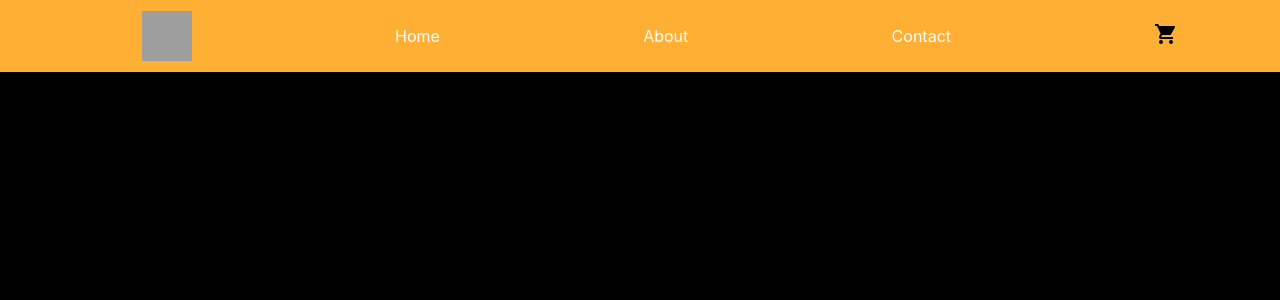
Repository: Toydrum/React-Hector-Coronado-EntregaFinal
Page: /
These files come from the project's save history. The page is drawn as it stood at one moment and after the next save; the edit follows.
The browser window is 1280 px wide. The pictures show the whole page.
Pictures or frames that could not be fetched are drawn as grey boxes. The page's requests for data from a server got no answer. The project was rebuilt for these pictures with package versions that can differ from the ones it lists, and the page was loaded fresh each time. No one was signed in, and anything a server would have sent is missing. Also part of the build but not shown: vite.config.js, src/components/CardUser/CardUser.jsx, src/pages/ContactPage/ContactPage.jsx, src/pages/AboutPage/AboutPage.jsx, src/pages/DetailPage/DetailPage.jsx.

Above is the page before, as saved 2023-07-15 16:00:37.

### src/App.jsx
import React from "react";
import "./App.css";
import { BrowserRouter as Router, Routes, Route } from "react-router-dom";
//Components
import NavBar from "./components/Navbar/Navbar";
import CartWidged from "./components/CartWidget/CartWidget";
import MenuColor from "./components/MenuColor/MenuColor";
//import CardUser from "./components/CardUser/CardUser";

//Pages
import HomePage from "./pages/HomePage/HomePage";
import ContactPage from "./pages/ContactPage/ContactPage";
import AboutPage from "./pages/AboutPage/AboutPage";
import DetailPage from "./pages/DetailPage/DetailPage";

const App = () => {
  return (
    <Router>
      <div className="App">
        <NavBar />
        <Routes>
          <Route path="/" element={<HomePage />}></Route>
          <Route path="/About" element={<AboutPage />}></Route>
          <Route path="/Contact" element={<ContactPage />}></Route>
          <Route path="/detail/:id" element={<DetailPage />}></Route>
          <Route path="/cart" element={<CartWidged />}></Route>
        </Routes>
        <div className="Cards-Container"></div>
      </div>
    </Router>
  );
};

export default App;

### src/App.css
body{
  background-color: black;
}

.App {
  display: flex;
  flex-direction: column;
  justify-content: center;
}

.Cards-Container{
  display: flex;
  width: 100%;
  justify-content: center;
}

### src/components/Navbar/Navbar.jsx
import React from "react";
import "./Navbar.css";
import logo from "./cat-logo.svg";
import { Link } from "react-router-dom";
import CartWidget from "../CartWidget/CartWidget";

const NavBar = () => {
  return (
    <nav className="nav-container">
      <ul className="nav-ul">
        <img src={logo} alt="gatito" style={{ height: 50, width: 50 }} />
        <li className="li">
          <Link to="/" className="li">
            Home
          </Link>
        </li>
        <li className="li">
          <Link to="/about" className="li">
            About
          </Link>
        </li>
        <li className="li">
          <Link to="/contact" className="li">
            Contact
          </Link>
        </li>
        <li className="li">
          <Link to="/cart" className="li"></Link>
          <CartWidget />
        </li>
      </ul>
    </nav>
  );
};

export default NavBar;

### src/components/CartWidget/CartWidget.jsx
import React from "react";
import ShoppingCartIcon from "@mui/icons-material/ShoppingCart";
const CartWidget = () => {
  return (
    <div>
      <a href="https://www.google.com.mx/?hl=es" style={{ color: "black" }}>
        <ShoppingCartIcon />
      </a>
    </div>
  );
};

export default CartWidget;

### src/pages/HomePage/HomePage.jsx
import React from "react";
import CardList from "../../components/CardList/CardList";

const HomePage = () => {
  return (
    <div>
      <h1 style={{ display: "flex", justifyContent: "center" }}>HomePage</h1>
      <CardList />
    </div>
  );
};

export default HomePage;

### src/components/Navbar/Navbar.css
.nav-container {
  background-color: #FFAF33;
  height: 10vh;
  display: flex;
  width: 100%;
  justify-content: space-around;
  align-items: center;
}

.nav-ul {
  display: flex;
  width: 100%;
  justify-content: space-around;
  align-items: center;
}

.li {
  color: white;
  list-style-type: none;
  text-decoration: none;
}

### src/components/CardList/CardList.jsx
import React, { useState, useEffect } from "react";
import CardUser from "../CardUser/CardUser";
import "./CardList.css";
//import { Link } from "react-router-dom";
import { db } from "../../firebase/firebaseConfig";
import { collection, query, getDocs } from "firebase/firestore";

const CardList = () => {
  const [gato, setGato] = useState([]);
  useEffect(() => {
    const getGatito = async () => {
      const q = query(collection(db, "gatitos"));
      const docs = [];
      const querySnapshot = await getDocs(q);
      querySnapshot.forEach((doc) => {
        docs.push({ ...doc.data(), id: doc.id });
      });

      setGato(docs);
    };
    getGatito();
  }, []);
  console.log(gato);

  return (
    <div className="Cards-List">
      {gato.map((gato) => {
        return (
          <div key={gato.id}>
            <CardUser data={gato} />
          </div>
        );
      })}
    </div>
  );
};

export default CardList;

### src/components/CardList/CardList.css
.Cards-List{
  display: grid;
  justify-content: space-around;
  align-content: space-around;
  align-items: center;
  grid-template-columns: 1fr 1fr 1fr 1fr;
}

### src/firebase/firebaseConfig.js
// Import the functions you need from the SDKs you need
import { initializeApp } from "firebase/app";
//import { getAnalytics } from "firebase/analytics";
// TODO: Add SDKs for Firebase products that you want to use
// https://firebase.google.com/docs/web/setup#available-libraries
import { getFirestore } from "firebase/firestore";
// Your web app's Firebase configuration
// For Firebase JS SDK v7.20.0 and later, measurementId is optional
const firebaseConfig = {
  apiKey: "AIzaSyCLSk1f1K6dPfkavJgb9mdon9PDEPSR80U",
  authDomain: "gatitos-7f5b2.firebaseapp.com",
  projectId: "gatitos-7f5b2",
  storageBucket: "gatitos-7f5b2.appspot.com",
  messagingSenderId: "577315722745",
  appId: "1:577315722745:web:28034b8baa1dc0c2115928",
  measurementId: "G-DZQ36RVP49",
};

// Initialize Firebase
const app = initializeApp(firebaseConfig);
//const analytics = getAnalytics(app);
export const db = getFirestore(app);

### src/components/MenuColor/MenuColor.jsx
import * as React from "react";
import Button from "@mui/material/Button";
import Menu from "@mui/material/Menu";
import MenuItem from "@mui/material/MenuItem";

const MenuColor = () => {
  const [anchorEl, setAnchorEl] = React.useState(null);
  const open = Boolean(anchorEl);
  const handleClick = (event) => {
    setAnchorEl(event.currentTarget);
  };
  const handleClose = () => {
    setAnchorEl(null);
  };

  return (
    <div>
      <Button
        id="demo-positioned-button"
        aria-controls={open ? "demo-positioned-menu" : undefined}
        aria-haspopup="true"
        aria-expanded={open ? "true" : undefined}
        onClick={handleClick}
      >
        Dashboard
      </Button>
      <Menu
        id="demo-positioned-menu"
        aria-labelledby="demo-positioned-button"
        anchorEl={anchorEl}
        open={open}
        onClose={handleClose}
        anchorOrigin={{
          vertical: "top",
          horizontal: "left",
        }}
        transformOrigin={{
          vertical: "top",
          horizontal: "left",
        }}
      >
        <MenuItem onClick={handleClose}>Profile</MenuItem>
        <MenuItem onClick={handleClose}>My account</MenuItem>
        <MenuItem onClick={handleClose}>Logout</MenuItem>
      </Menu>
    </div>
  );
};

export default MenuColor;

Loaded but not shown: index.html (common file); src/main.jsx (common file); src/index.css (common file)

After the next save:
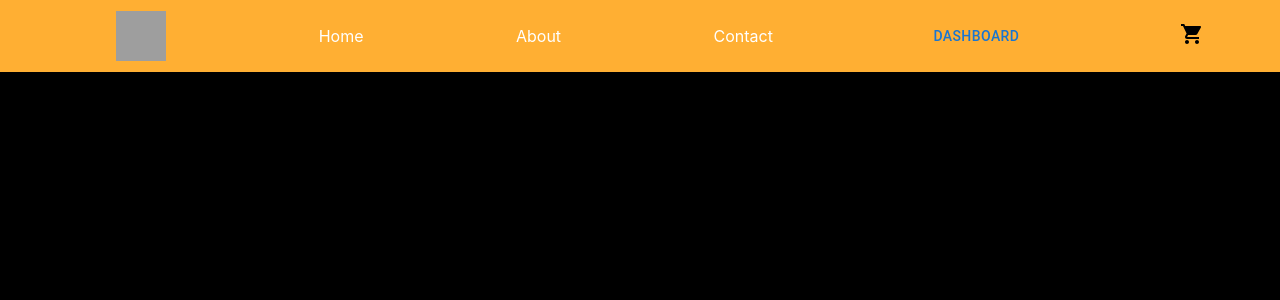
Saved 1 s later.
--- a/src/components/Navbar/Navbar.jsx
+++ b/src/components/Navbar/Navbar.jsx
@@ -3,6 +3,7 @@ import "./Navbar.css";
 import logo from "./cat-logo.svg";
 import { Link } from "react-router-dom";
 import CartWidget from "../CartWidget/CartWidget";
+import MenuColor from "../MenuColor/MenuColor";
 
 const NavBar = () => {
   return (
@@ -25,6 +26,10 @@ const NavBar = () => {
           </Link>
         </li>
         <li className="li">
+          <Link to="/detail" className="li"></Link>
+          <MenuColor />
+        </li>
+        <li className="li">
           <Link to="/cart" className="li"></Link>
           <CartWidget />
         </li>
